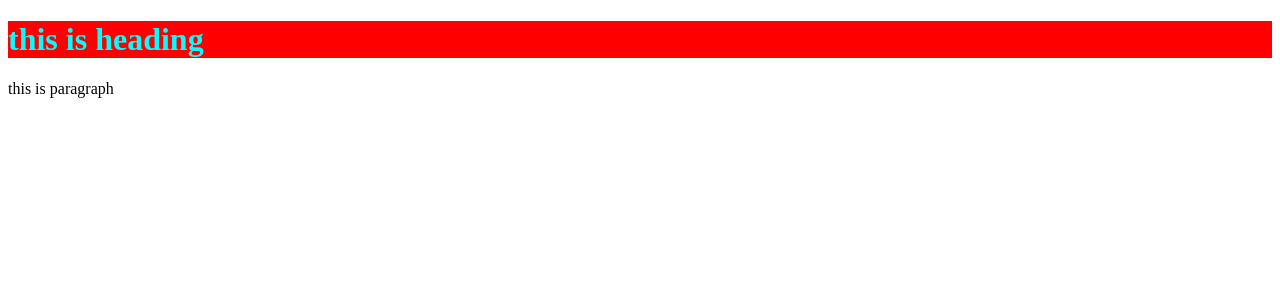
Repository: viveknaidu007/repo-117-ReactJS
Page: / (app in src/9.vivek/)
An editor plug-in stored every save of this project. The page is shown before and after a run of saves, followed by the edit.
The browser window is 1280 px wide. The pictures show the whole page.
The project was rebuilt for these pictures with package versions that can differ from the ones it lists, and the page was loaded fresh each time. Also part of the build but not shown: src/9.vivek/src/App.css.

Above is the page before, as saved 2024-07-03 19:04:32.

### src/9.vivek/public/index.html
<!DOCTYPE html>
<html lang="en">
  <head>
    <meta charset="utf-8" />
    <link rel="icon" href="%PUBLIC_URL%/favicon.ico" />
    <meta name="viewport" content="width=device-width, initial-scale=1" />
    <meta name="theme-color" content="#000000" />
    <meta
      name="description"
      content="Web site created using create-react-app"
    />
    <link rel="apple-touch-icon" href="%PUBLIC_URL%/logo192.png" />
    <!--
      manifest.json provides metadata used when your web app is installed on a
      user's mobile device or desktop. See https://developers.google.com/web/fundamentals/web-app-manifest/
    -->
    <link rel="manifest" href="%PUBLIC_URL%/manifest.json" />
    <!--
      Notice the use of %PUBLIC_URL% in the tags above.
      It will be replaced with the URL of the `public` folder during the build.
      Only files inside the `public` folder can be referenced from the HTML.

      Unlike "/favicon.ico" or "favicon.ico", "%PUBLIC_URL%/favicon.ico" will
      work correctly both with client-side routing and a non-root public URL.
      Learn how to configure a non-root public URL by running `npm run build`.
    -->

    <link rel="stylesheet" href="./gstyle.css">

    <title>React App</title>
  </head>
  <body>
    <noscript>You need to enable JavaScript to run this app.</noscript>
    <div id="root"></div>
    <!--
      This HTML file is a template.
      If you open it directly in the browser, you will see an empty page.

      You can add webfonts, meta tags, or analytics to this file.
      The build step will place the bundled scripts into the <body> tag.

      To begin the development, run `npm start` or `yarn start`.
      To create a production bundle, use `npm run build` or `yarn build`.
    -->
  </body>
</html>

### src/9.vivek/src/index.js
import React from 'react';
import ReactDOM from 'react-dom/client';
import App from './App';


const root = ReactDOM.createRoot(document.getElementById('root'));

root.render(
  <App />
);

### src/9.vivek/src/App.js
import "./App.css"

function App() {

  return (
    <>
    <h1>this is heading </h1>
    <p> this is paragraph </p>
    </>
  )

}



export default App

### src/9.vivek/public/gstyle.css
h1{
    background-color: red;
    color:aqua;

}

After the next 2 saves:
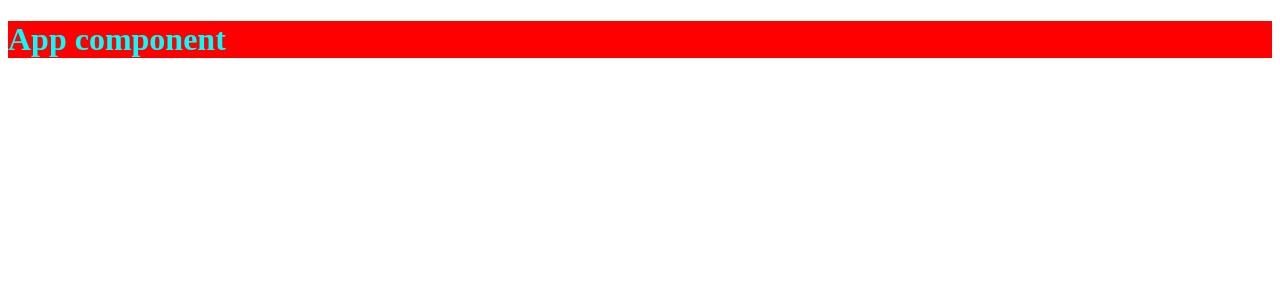
The 2 saves are shown as one change because 1 did not build or start.
The last was saved 10 min 56 s later.
--- a/src/9.vivek/src/App.js
+++ b/src/9.vivek/src/App.js
@@ -1,16 +1,7 @@
-import "./App.css"
-
 function App() {
-
   return (
-    <>
-    <h1>this is heading </h1>
-    <p> this is paragraph </p>
-    </>
+    <h1> App component </h1>
   )
-
 }
 
-
-
 export default App
